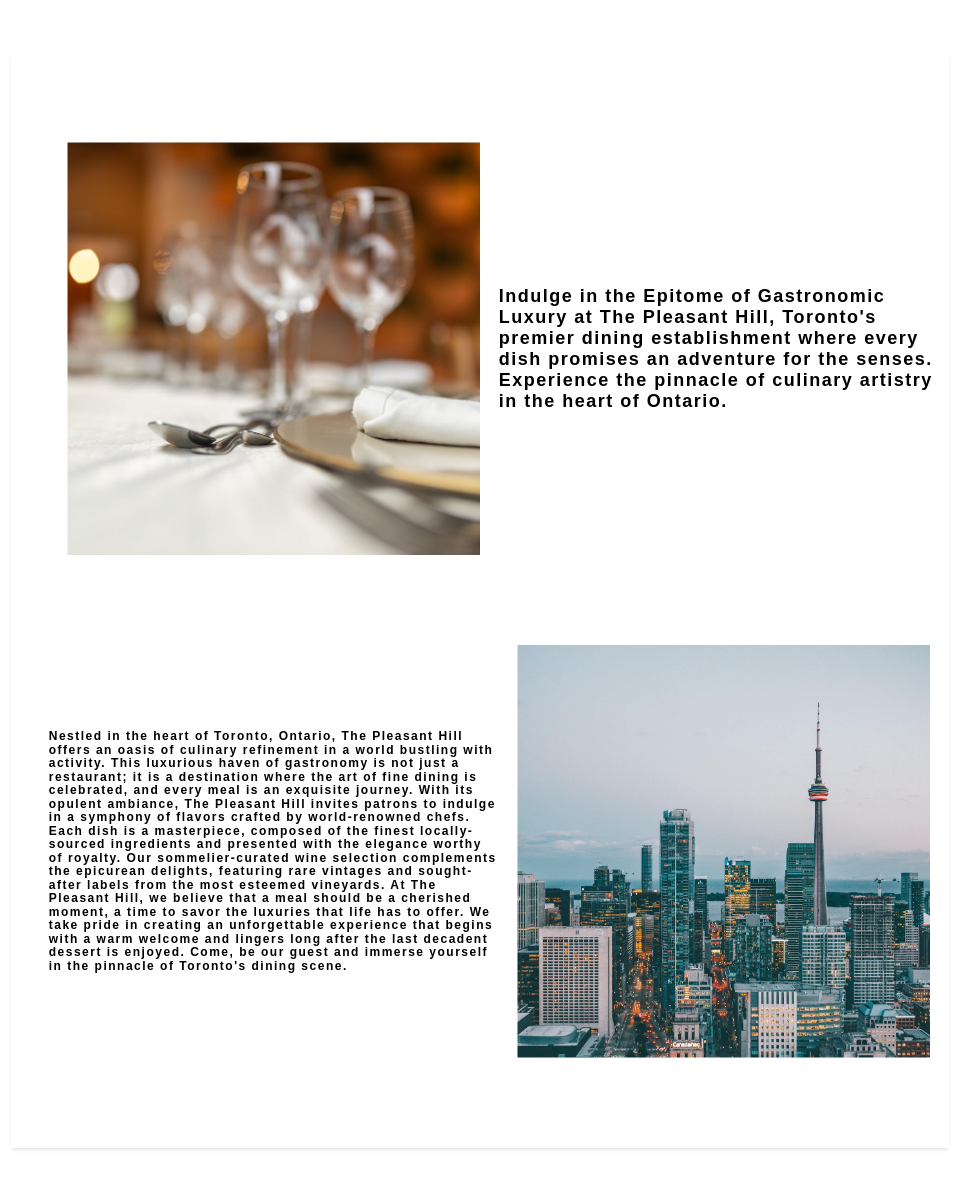
Repository: shayanabedi98/pleasant-hill-restaurant
Page: /
The author's editor kept a copy of each file at every save. The page is drawn from the files as they stood at one save, then again after the next save.
The browser window is 1280 px wide. The page is 1290 px wide, so the pictures cover 1290 px, including what lies to the right of the window. The pictures show the part of the page from y = 980 to 2580 px (the page is 2580 px tall), at 75% of full size.
Backgrounds fixed to the window are drawn as part of the page. Some web fonts or font styles are not loaded; a fallback is used. The project was rebuilt for these pictures with package versions that can differ from the ones it lists, and the page was loaded fresh each time. Also part of the build but not shown: vite.config.js, src/components/Contact.jsx, src/components/MenuList.jsx, src/components/Appetizers.jsx, src/components/Entrees.jsx, src/components/Desserts.jsx, src/components/Drinks.jsx, src/components/Menu.jsx and 1 more.

Above is the page before, as saved 2023-12-27 19:01:51.

After the next save:
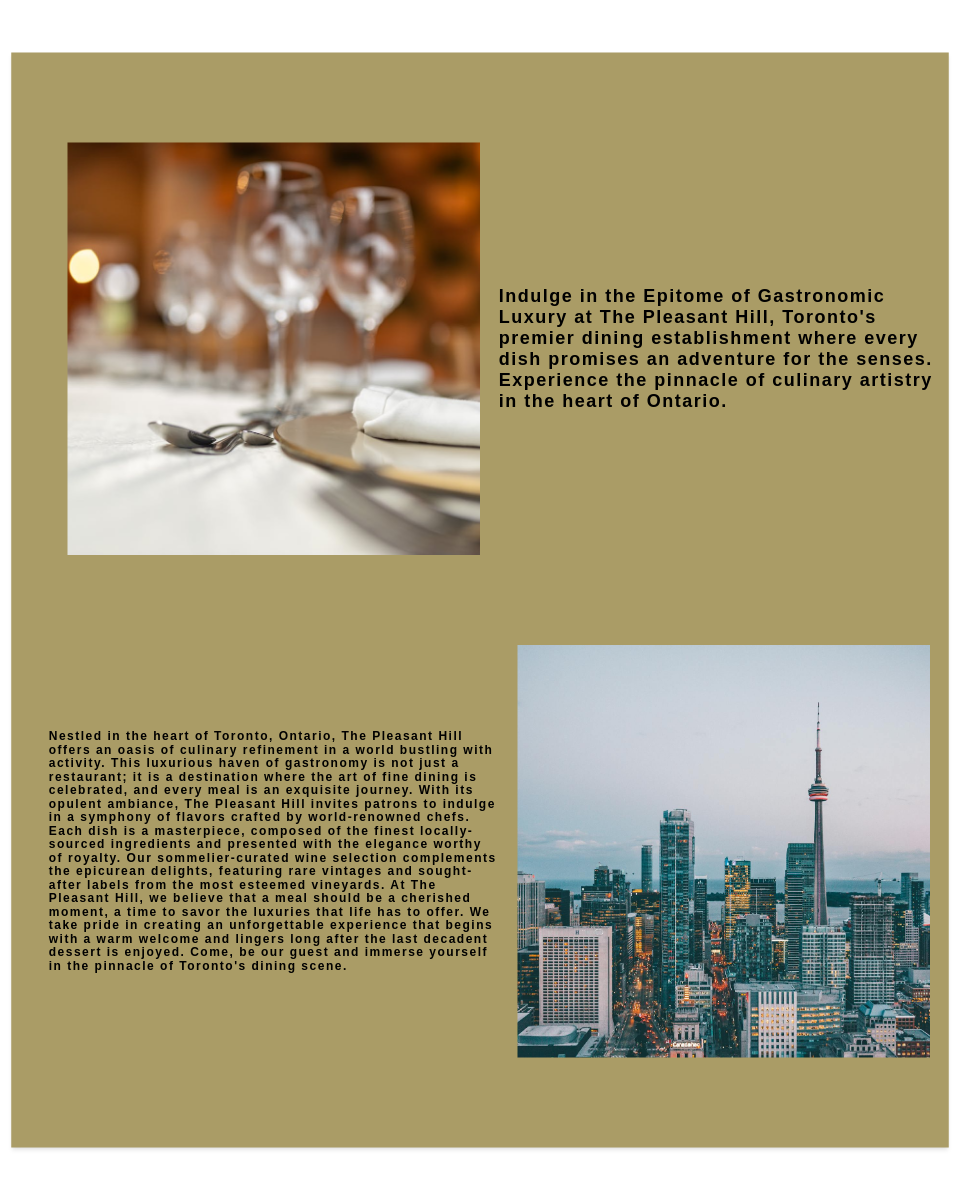
Saved 13 s later.
--- a/src/App.css
+++ b/src/App.css
@@ -91,6 +91,7 @@ body {
   margin: 70px auto;
   padding: 25px;
   text-align: start;
+  background-color: #aa9c66;
 }
 
 .about1, .about2 {
